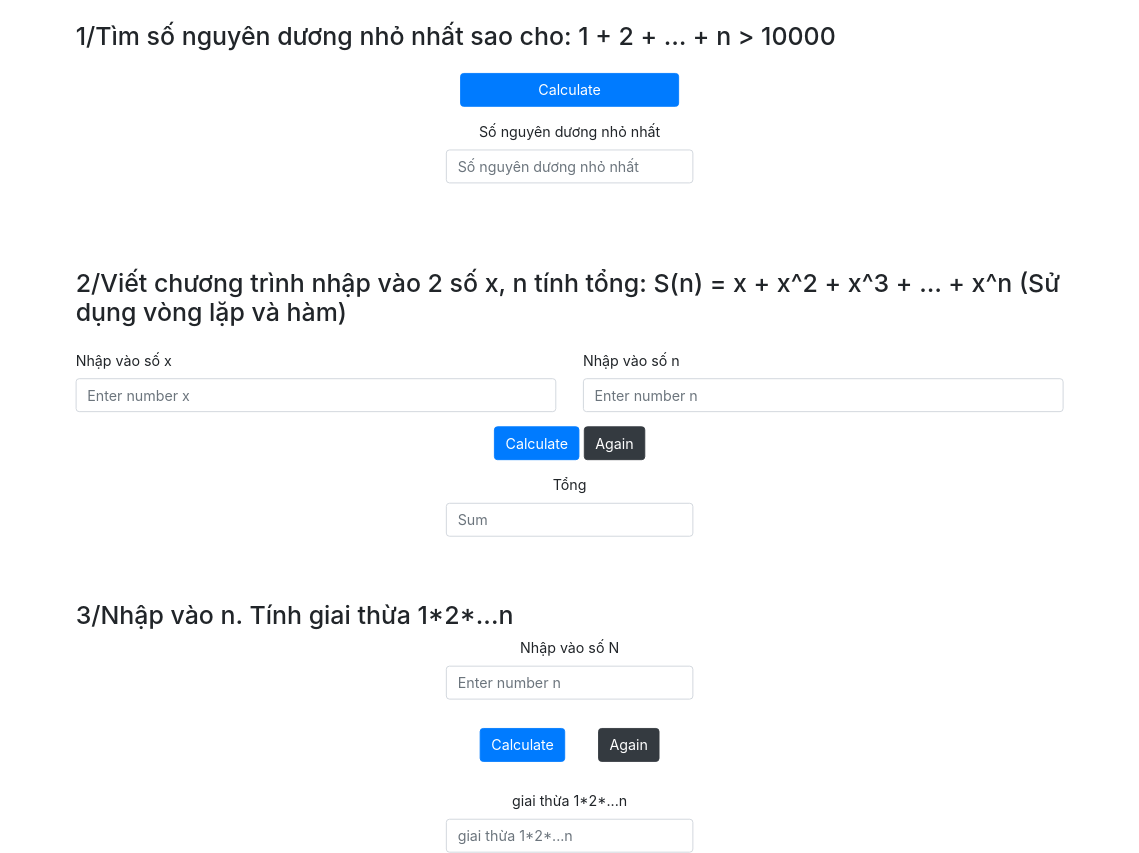
Repository: baobaodeveloper/bootcamp21__loop__HuynhAnhBao
Page: index.html
The author's editor kept a copy of each file at every save. The page is drawn from the files as they stood at one save, then again after the next save.
The browser window is 1280 px wide. The pictures show the whole page, at 89% of full size.

Above is the page before, as saved 2022-03-17 19:14:39.

### index.html
<!DOCTYPE html>
<html lang="en">
  <head>
    <title>Exercise Js</title>
    <!-- Required meta tags -->
    <meta charset="utf-8" />
    <meta
      name="viewport"
      content="width=device-width, initial-scale=1, shrink-to-fit=no"
    />

    <!-- Bootstrap CSS -->
    <link
      rel="stylesheet"
      href="https://stackpath.bootstrapcdn.com/bootstrap/4.3.1/css/bootstrap.min.css"
      integrity="sha384-ggOyR0iXCbMQv3Xipma34MD+dH/1fQ784/j6cY/iJTQUOhcWr7x9JvoRxT2MZw1T"
      crossorigin="anonymous"
    />
  </head>
  <body>
    <!--1/Tìm số nguyên dương nhỏ nhất sao cho:
    1 + 2 + … + n > 10000-->
    <div class="container mt-4">
      <h3>1/Tìm số nguyên dương nhỏ nhất sao cho: 1 + 2 + … + n > 10000</h3>
      <div class="mb-3 flex-md-column d-flex w-25 m-auto text-center">
        <button type="button" id="min-number" class="btn btn-primary m-3">
          Calculate
        </button>
        <label class="form-label">Số nguyên dương nhỏ nhất</label>
        <input
          type="text"
          class="form-control"
          id="result1"
          placeholder="Số nguyên dương nhỏ nhất"
        />
      </div>
    </div>

    <!--2/Viết chương trình nhập vào 2 số x, n tính tổng: S(n) = x + x^2 + x^3 + … + x^n (Sử
    dụng vòng lặp và hàm)-->
    <div class="container mt-5 pt-5">
      <h3>
        2/Viết chương trình nhập vào 2 số x, n tính tổng: S(n) = x + x^2 + x^3 +
        … + x^n (Sử dụng vòng lặp và hàm)
      </h3>
      <div class="row mt-4">
        <div class="col">
          <label class="form-label">Nhập vào số x</label>
          <input
            type="number"
            class="form-control"
            placeholder="Enter number x"
            id="number-x"
          />
        </div>
        <div class="col">
          <label class="form-label">Nhập vào số n</label>
          <input
            type="number"
            class="form-control"
            placeholder="Enter number n"
            id="number-n"
          />
        </div>
      </div>

      <div class="m-3 text-center">
        <button type="button" id="calculate-sum" class="btn btn-primary">
          Calculate
        </button>
        <button type="button" id="calculate-sum-again" class="btn btn-dark">
          Again
        </button>
      </div>

      <div class="w-25 m-auto text-center">
        <label class="form-label">Tổng</label>
        <input
          type="text"
          class="form-control"
          id="result2"
          placeholder="Sum"
        />
      </div>
    </div>

    <!--3/Nhập vào n. Tính giai thừa 1*2*...n-->
    <div class="container mt-4 pt-5">
      <h3>3/Nhập vào n. Tính giai thừa 1*2*...n</h3>
      <div class="w-25 m-auto text-center">
        <label class="form-label">Nhập vào số N</label>
        <input
          type="email"
          class="form-control"
          id="num-enter"
          placeholder="Enter number n"
        />
      </div>
      <div class="mb-3 flex-md-column d-flex w-25 m-auto text-center">
        <div class="m-3">
          <button
            type="button"
            id="calculate-num-n"
            class="btn btn-primary m-3"
          >
            Calculate
          </button>
          <button
            type="button"
            id="calculate-num-n-again"
            class="btn btn-dark m-3"
          >
            Again
          </button>
        </div>
        <label class="form-label">giai thừa 1*2*...n</label>
        <input
          type="text"
          class="form-control"
          id="result3"
          placeholder="giai thừa 1*2*...n"
        />
      </div>
    </div>

    <!--4/Hãy viết chương trình khi click vào button sẽ in ra 10 thẻ div. Nếu div nào vị trí chẵn thì
background màu đỏ và lẻ thì background màu xanh.-->

    <!-- Optional JavaScript -->
    <!-- jQuery first, then Popper.js, then Bootstrap JS -->
    <script
      src="https://code.jquery.com/jquery-3.3.1.slim.min.js"
      integrity="sha384-q8i/X+965DzO0rT7abK41JStQIAqVgRVzpbzo5smXKp4YfRvH+8abtTE1Pi6jizo"
      crossorigin="anonymous"
    ></script>
    <script
      src="https://cdnjs.cloudflare.com/ajax/libs/popper.js/1.14.7/umd/popper.min.js"
      integrity="sha384-UO2eT0CpHqdSJQ6hJty5KVphtPhzWj9WO1clHTMGa3JDZwrnQq4sF86dIHNDz0W1"
      crossorigin="anonymous"
    ></script>
    <script
      src="https://stackpath.bootstrapcdn.com/bootstrap/4.3.1/js/bootstrap.min.js"
      integrity="sha384-JjSmVgyd0p3pXB1rRibZUAYoIIy6OrQ6VrjIEaFf/nJGzIxFDsf4x0xIM+B07jRM"
      crossorigin="anonymous"
    ></script>

    <!-- <script src="exercise1.js"></script> -->
    <!-- <script src="exercise2.js"></script> -->
    <script src="exercise3.js"></script>
  </body>
</html>

### exercise3.js
const numEnter = document.getElementById("num-enter");
const result3 = document.getElementById("result3");
document.getElementById("calculate-num-n").addEventListener("click", () => {
  if (numEnter.value) {
    const numEnterValue = +numEnter.value;
    let sum = 1;
    if (numEnterValue === 0) sum = 0;
    for (let i = 2; i <= numEnterValue; i++) {
      sum *= i;
    }
    result3.value = sum;
  }
});

document
  .getElementById("calculate-num-n-again")
  .addEventListener("click", () => {
    result3.value = "";
    numEnter.value = "";
  });

After the next save:
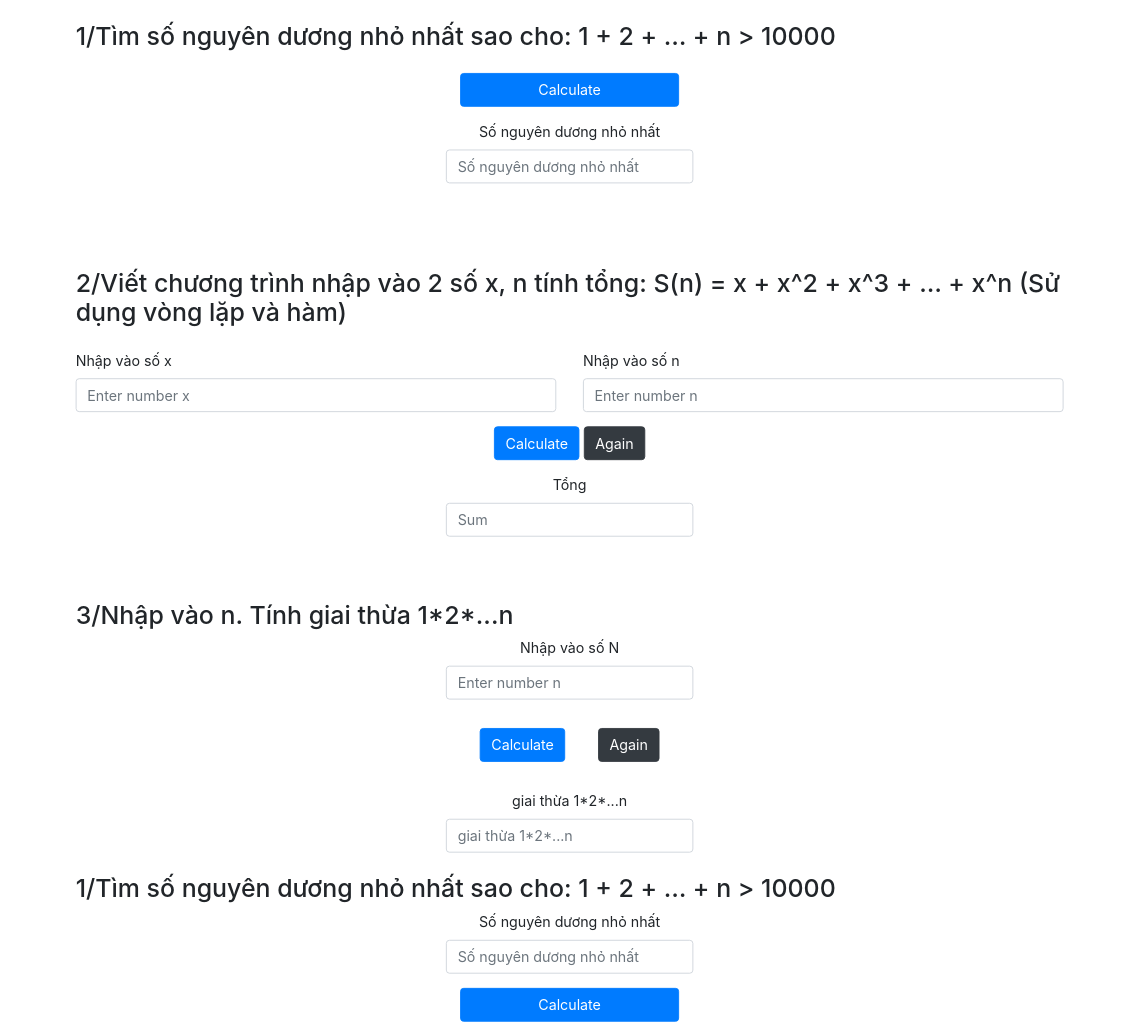
Saved 41 s later.
--- a/index.html
+++ b/index.html
@@ -124,7 +124,22 @@
     </div>
 
     <!--4/Hãy viết chương trình khi click vào button sẽ in ra 10 thẻ div. Nếu div nào vị trí chẵn thì
-background màu đỏ và lẻ thì background màu xanh.-->
+    background màu đỏ và lẻ thì background màu xanh.-->
+    <div class="container mt-4">
+      <h3>1/Tìm số nguyên dương nhỏ nhất sao cho: 1 + 2 + … + n > 10000</h3>
+      <div class="mb-3 flex-md-column d-flex w-25 m-auto text-center">
+        <label class="form-label">Số nguyên dương nhỏ nhất</label>
+        <input
+          type="text"
+          class="form-control"
+          id="result1"
+          placeholder="Số nguyên dương nhỏ nhất"
+        />
+        <button type="button" id="min-number" class="btn btn-primary m-3">
+          Calculate
+        </button>
+      </div>
+    </div>
 
     <!-- Optional JavaScript -->
     <!-- jQuery first, then Popper.js, then Bootstrap JS -->
